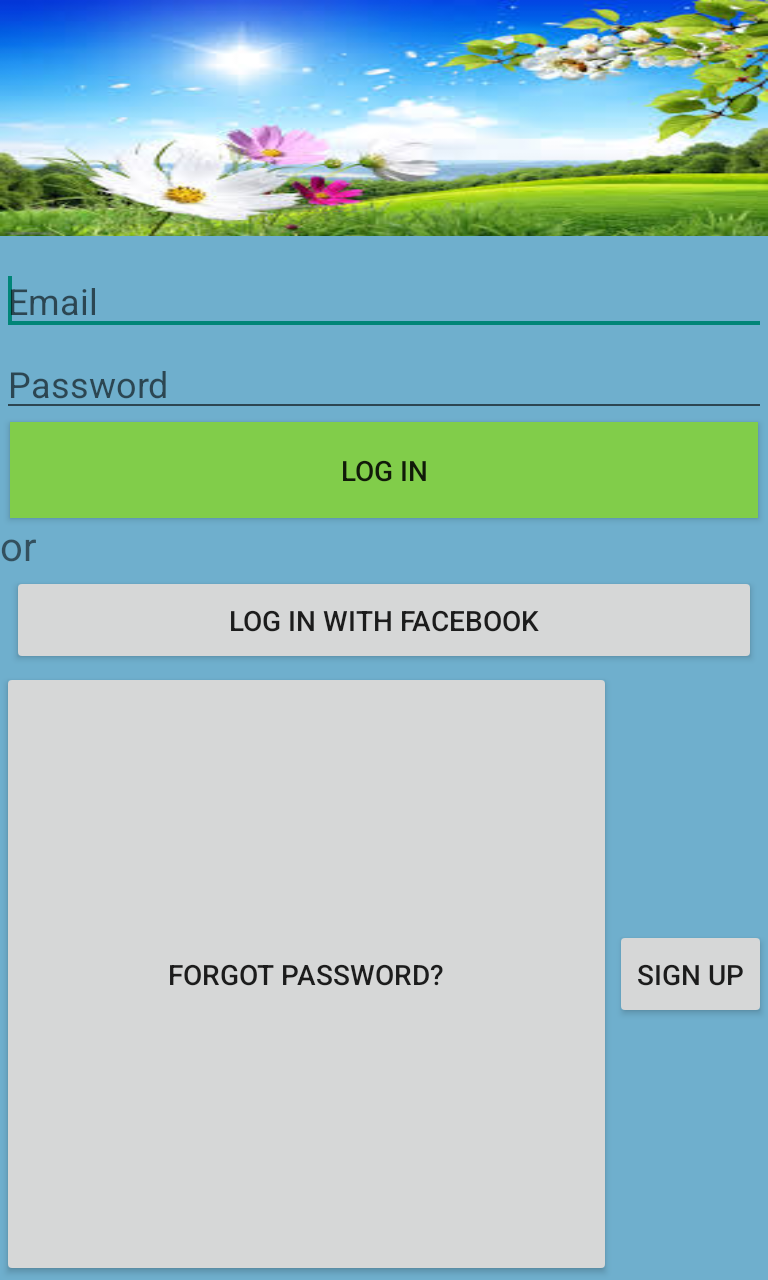
Repository: adarshnair13/my-project
Layout: ash/res/layout/activity_main.xml
The author's editor kept a copy of each file at every save. The layout is drawn from the files as they stood at one save, then again after the next save.
It is drawn on a 768 x 1280 px phone screen (xhdpi) without system bars, with theme AppTheme; the app's code is not run.

Above is the layout before, as saved 2015-02-02 23:17:10.

### ash/res/layout/activity_main.xml
<RelativeLayout xmlns:android="http://schemas.android.com/apk/res/android"
    xmlns:tools="http://schemas.android.com/tools"
    android:id="@+id/RelativeLayout1"
    android:layout_width="match_parent"
    android:layout_height="match_parent"
    android:background="#6FAFCD"
    android:orientation="vertical"
    tools:context="com.adarsh.ash.MainActivity" >

    <ImageView
        android:id="@+id/imageView1"
        android:layout_width="match_parent"
        android:layout_height="wrap_content"
        android:layout_alignParentLeft="true"
        android:layout_alignParentTop="true"
        android:scaleType="fitXY"
        android:src="@drawable/nock" />

    <EditText
        android:id="@+id/editText1"
        android:layout_width="match_parent"
        android:layout_height="wrap_content"
        android:layout_alignParentLeft="true"
        android:layout_below="@+id/imageView1"
        android:layout_marginTop="10dp"
        android:ems="10"
        android:hint="Email"
        android:inputType="textEmailAddress" >

        <requestFocus />
    </EditText>

    <EditText
        android:id="@+id/editText2"
        android:layout_width="match_parent"
        android:layout_height="wrap_content"
        android:layout_alignParentLeft="true"
        android:layout_below="@+id/editText1"
        android:ems="10"
        android:hint="Password"
        android:inputType="numberPassword" />

    <Button
        android:id="@+id/button1"
        style="?android:attr/buttonStyleSmall"
        android:layout_width="match_parent"
        android:layout_height="wrap_content"
        android:layout_alignParentLeft="true"
        android:layout_below="@+id/editText2"
        android:layout_marginLeft="5dp"
        android:layout_marginRight="5dp"
        android:background="#81CD4A"
        android:text="Log In" />

    <TextView
        android:id="@+id/textView1"
        android:layout_width="match_parent"
        android:layout_height="wrap_content"
        android:layout_below="@+id/button1"
        android:layout_centerHorizontal="true"
        android:layout_gravity="center"
        android:text="or"
        android:textSize="20dp" />

    <Button
        android:id="@+id/button2"
        style="?android:attr/buttonStyleSmall"
        android:layout_width="match_parent"
        android:layout_height="wrap_content"
        android:layout_alignParentLeft="true"
        android:layout_below="@+id/textView1"
        android:layout_marginLeft="5dp"
        android:layout_marginRight="5dp"
        android:text="Log In with Facebook" />

    <Button
        android:id="@+id/button3"
        style="?android:attr/buttonStyleSmall"
        android:layout_width="wrap_content"
        android:layout_height="wrap_content"
        android:layout_alignParentLeft="true"
        android:layout_alignParentBottom="true"
        android:layout_below="@+id/button2"
        android:layout_toLeftOf="@+id/button4"
        android:layout_weight="1.0"
        android:text="Forgot Password?" />

    <Button
        android:id="@+id/button4"
        style="?android:attr/buttonStyleSmall"
        android:layout_width="wrap_content"
        android:layout_height="wrap_content"
        android:layout_alignBaseline="@+id/button3"
        android:layout_alignParentRight="true"
        android:layout_alignTop="@+id/button3"
        android:layout_weight="1.0"
        android:text="Sign Up" />

</RelativeLayout>

Loaded but not shown: ash/res/values/styles.xml (common file); ash/res/values-v11/styles.xml (common file); ash/res/values-v14/styles.xml (common file)

After the next save:
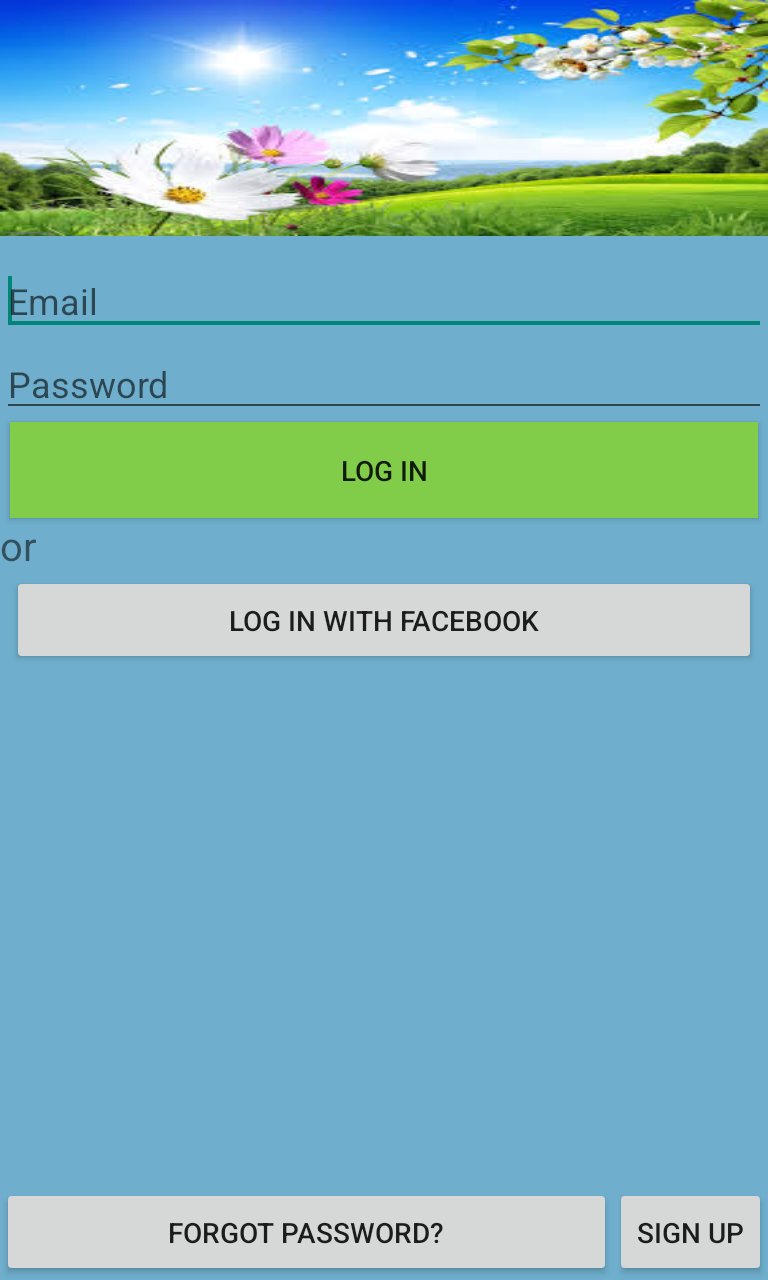
Saved 17 s later.
--- a/ash/res/layout/activity_main.xml
+++ b/ash/res/layout/activity_main.xml
@@ -80,9 +80,7 @@
         android:layout_height="wrap_content"
         android:layout_alignParentLeft="true"
         android:layout_alignParentBottom="true"
-        android:layout_below="@+id/button2"
         android:layout_toLeftOf="@+id/button4"
-        android:layout_weight="1.0"
         android:text="Forgot Password?" />
 
     <Button
